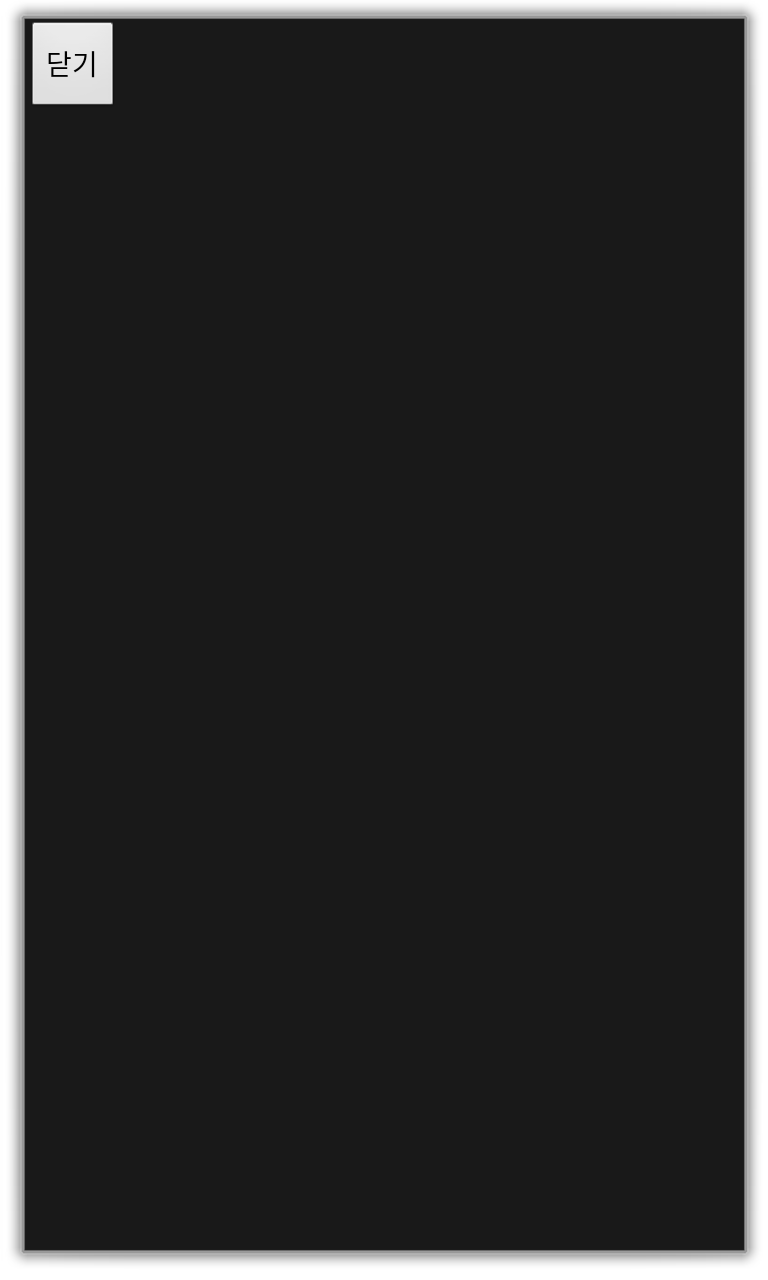
Repository: tae-jun/android
Layout: h1024_MulitipleActivities/res/layout/activity_image.xml
An editor plug-in stored every save of this project. The layout is shown before and after the next save, followed by the edit.
It is drawn on a 768 x 1280 px phone screen (xhdpi) without system bars, with theme android:Theme.Dialog; the app's code is not run.

Above is the layout before, as saved 2014-10-23 15:26:50.

After the next save:
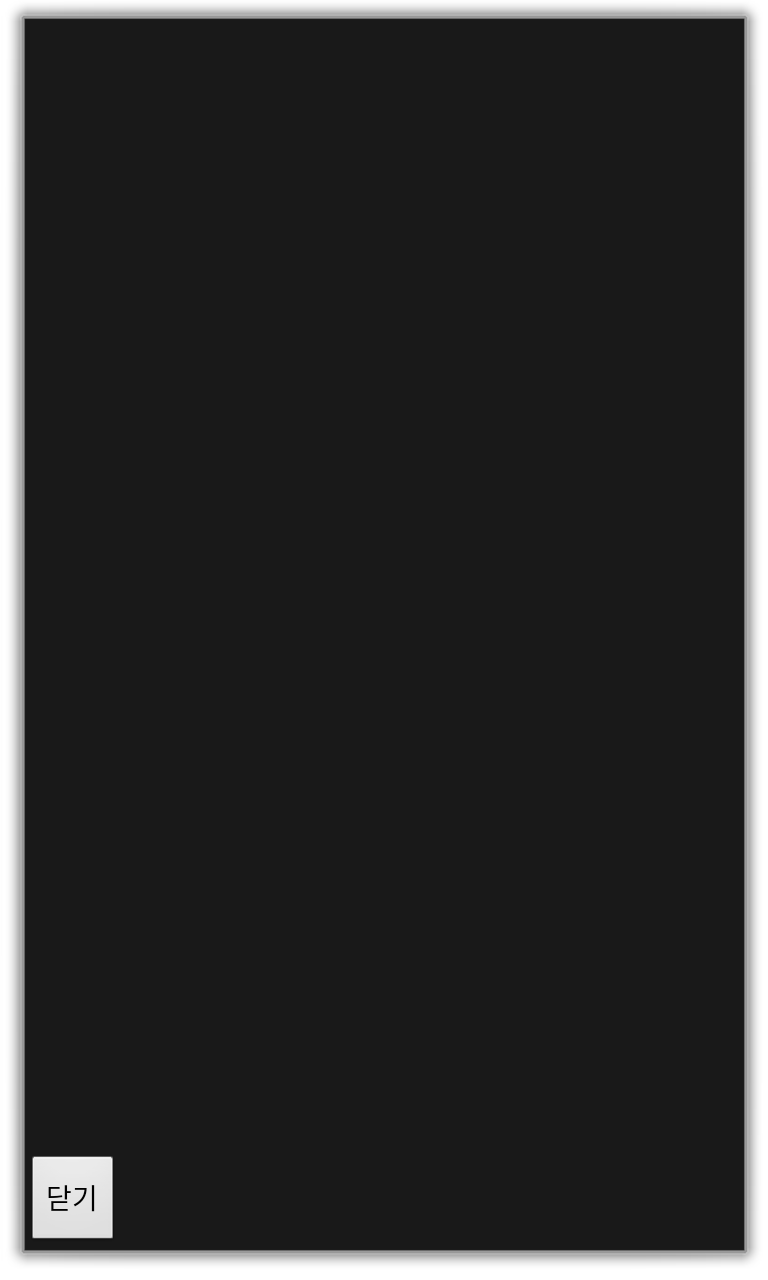
Saved 99 s later.
--- a/h1024_MulitipleActivities/res/layout/activity_image.xml
+++ b/h1024_MulitipleActivities/res/layout/activity_image.xml
@@ -7,13 +7,15 @@
     <ImageView
         android:id="@+id/imgView"
         android:layout_width="match_parent"
-        android:layout_height="wrap_content"
+        android:layout_height="0dp"
+        android:layout_weight="1"
         android:contentDescription="Artist Album Cover" />
 
     <Button
         android:id="@+id/btnClose"
         android:layout_width="wrap_content"
         android:layout_height="wrap_content"
+
         android:text="닫기" />
 
 </LinearLayout>
